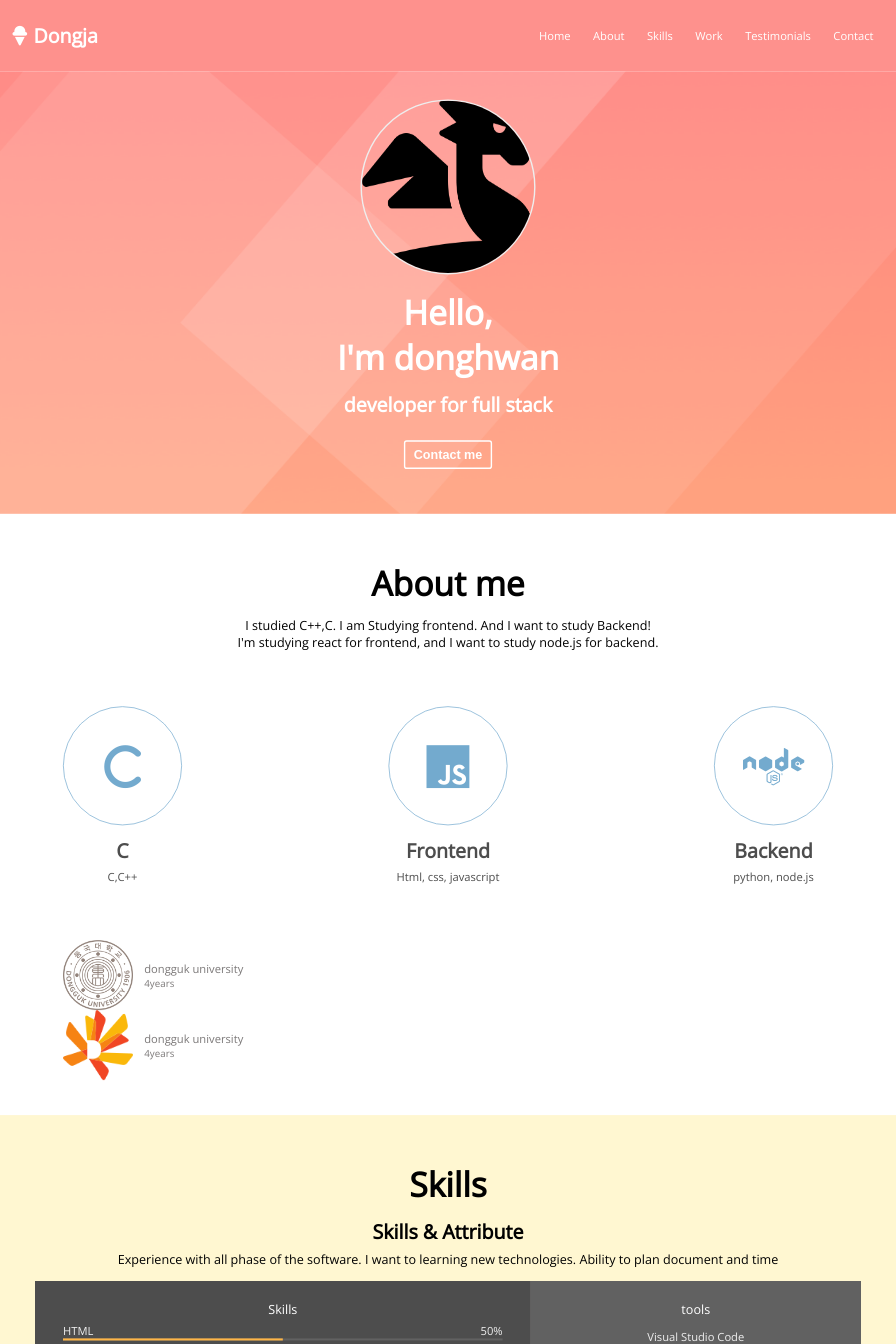
Repository: DongjaJ/portfolio
Page: index.html
These files come from the project's save history. The page is drawn as it stood at one moment and after the next save; the edit follows.
The browser window is 1280 px wide. The pictures show the part of the page from y = 0 to 1920 px (the page is 3806 px tall), at 70% of full size.
Some web libraries are served in a nearby version.

Above is the page before, as saved 2022-06-15 21:44:00.

### index.html
<!DOCTYPE html>
<html lang="en">
<head>
	<meta charset="UTF-8">
	<meta http-equiv="X-UA-Compatible" content="IE=edge">
	<meta name="viewport" content="width=device-width, initial-scale=1.0">
	<title>Dongja's Portfolio</title>
	<meta name ="description" content= "Portfolio for Dongja">
	<meta name ="author" content= "Dongja">
	<link rel="icon" type ="image/png" href="imgs/favicon.png"/>
	<script
		src="https://kit.fontawesome.com/4d499a68c2.js"
		crossorigin="anonymous"
	></script>
	<link rel="preconnect" href="https://fonts.googleapis.com">
	<link rel="preconnect" href="https://fonts.gstatic.com" crossorigin>
	<link href="https://fonts.googleapis.com/css2?family=Open+Sans:ital,wght@0,400;1,600;1,700&display=swap" rel="stylesheet">
	<link rel = "stylesheet" href="style.css"/>
	<script src ="main.js" defer></script>
</head>
<body>
	<!-- Navbar -->
	<nav id="navbar">
		<div class="navbar__logo">
			<i class="fa-solid fa-ice-cream"></i>
			<a href="#">Dongja</a>
		</div>
		<div class="navbar__menu">
			<ul class="navbar__menu">
				<li class="navbar__menu__item">Home</li>
				<li class="navbar__menu__item">About</li>
				<li class="navbar__menu__item">Skills</li>
				<li class="navbar__menu__item">Work</li>
				<li class="navbar__menu__item">Testimonials</li>
				<li class="navbar__menu__item">Contact</li>
			</ul>
		</div>

	</nav>
	<!-- Home -->
	<section id="home">
		<img src="imgs/dragon-solid.png"
			alt="dongja's profile photo"
			class="home__avatar"/>
		<h1 class="home__title">Hello, <br/>I'm donghwan</h1>
		<h2 class="home__description">developer for full stack</h2>
		<button class="home__contact">Contact me</button>
	</section>
	<!-- About -->
	<section id="about" class="section section__container">
		<h1>About me</h1>
		<p>I studied C++,C. I am Studying frontend.
			And I want to study Backend!<br/>
			I'm studying react for frontend,
			and I want to study node.js for backend.
		</p>
		<div class="about__major">
			<div class="major">
				<div class="major__icon">
					<i class="fa-solid fa-c"></i>
				</div>
				<h2 class="major__title">C</h2>
				<div class="__major__description">C,C++</div>
			</div>
			<div class="major">
				<div class="major__icon">
					<i class="fa-brands fa-js"></i>
				</div>
				<h2 class="major__title">Frontend</h2>
				<div class="__major__description">Html, css, javascript</div>
			</div>
			<div class="major">
				<div class="major__icon">
					<i class="fa-brands fa-node"></i>
				</div>
				<h2 class="major__title">Backend</h2>
				<div class="__major__description">python, node.js</div>
			</div>
		</div>
		<div class="about__school" >
			<div class="school">
				<img src="/imgs/school.png" alt="logo-dongguk university" class="school__logo">
				<div class="school__description">
					<div class="school_name">dongguk university</div>
				<div class="school_period">4years</div>
				</div>
			</div>
		</div>
		<div class="about__school">
			<div class="school">
				<img src="/imgs/flower.png" alt="logo-dongguk university" class="school__logo">
				<div class="school__description">
					<div class="school_name">dongguk university</div>
				<div class="school_period">4years</div>
				</div>
			</div>
		</div>
	</section>
	<!-- Skills -->
	<section id="skills" class="section">
		<div class="section__container">
			<h1>Skills</h1>
			<h2>Skills & Attribute</h2>
			<p>
				Experience with all phase of the software. I want to learning
				new technologies. Ability to plan document and time
			</p>
			<div class="skillset">
				<div class="skillset_left">
					<h3 class="skillset_title">Skills</h3>
					<div class="skill">
						<div class="skill_description">
							<span>HTML</span>
							<span>50%</span>
						</div>
						<div class="skill_bar">
							<div class="skill_value" style="width: 50%;"></div>
						</div>
					</div>
					<div class="skill">
						<div class="skill_description">
							<span>Pythom</span>
							<span>50%</span>
						</div>
						<div class="skill_bar">
							<div class="skill_value" style="width: 50%;"></div>
						</div>
					</div>
					<div class="skill">
						<div class="skill_description">
							<span>CSS</span>
							<span>50%</span>
						</div>
						<div class="skill_bar">
							<div class="skill_value" style="width: 50%;"></div>
						</div>
					</div>
					<div class="skill">
						<div class="skill_description">
							<span>Javascript</span>
							<span>50%</span>
						</div>
						<div class="skill_bar">
							<div class="skill_value" style="width: 50%;"></div>
						</div>
					</div>
				</div>
				<div class="skillset_right">
					<div class="tools">
						<h3 class="skillset_title">tools</h3>
						<ul class="tools__list">
							<li><span>Visual Studio Code</span></li>
							<li><span>Vim</span></li>
							<li><span>Juypter notebook</span></li>
						</ul>
					</div>
					<div class="etc">
						<h3 class="skillset_title">etc</h3>
						<ul class="ec__list">
							<li><span>Git</span></li>
							<li><span>Slack</span></li>
							<li><span>Notion</span></li>
						</ul>
					</div>
				</div>
			</div>
		</div>
	</section>
	<!-- Work -->
	<section id="work" class="section">

		<div class="section__container">
			<h1>My work</h1>
		<h3>Projects</h3>
		<div class="work__categories">
			<button class="category__btn active">All <span class="category__count">4</span></button>
			<button class="category__btn">school <span class="category__count">2</span></button>
			<button class="category__btn">etc <span class="category__count">2</span></button>
		</div>
		<div class="work__projects">
			<a
			href="https://github.com/DongjaJ"
			class="project"
			target="blank"
			>
			<img src="imgs/navbar-200518-191508.webp" alt="" class="project__img">
			<div class="project__description">
				<h3>Sample site</h3>
				<span>Clone coding with portfolio</span>
			</div>
		</a>
		<a
		href="https://github.com/DongjaJ"
		class="project"
		target="blank"
		>
		<img src="imgs/navbar-200518-191508.webp" alt="" class="project__img">
		<div class="project__description">
			<h3>Sample site</h3>
			<span>Clone coding with portfolio</span>
		</div>
		</a>
		<a
	href="https://github.com/DongjaJ"
	class="project"
	target="blank"
	>
	<img src="imgs/navbar-200518-191508.webp" alt="" class="project__img">
	<div class="project__description">
		<h3>Sample site</h3>
		<span>Clone coding with portfolio</span>
	</div>
		</a>
		<a
href="https://github.com/DongjaJ"
class="project"
target="blank"
>
<img src="imgs/navbar-200518-191508.webp" alt="" class="project__img">
<div class="project__description">
	<h3>Sample site</h3>
	<span>Clone coding with portfolio</span>
</div>
		</a>
		</div>
		</div>


	</section>

	<!-- Testimonials -->
	<section id="testimonials" class="section">
	<div class="section__container">
		<h1>Testimonials</h1>
	<h3>See what they say about me</h3>
	<div class="testimonials">
		<div class="testimonial">
			<img
			src="imgs/people1-200515-154332.webp"
			alt="People"
			class="testimonial__avatar"
			>
			<div class="testimonial__speech-bubble">
				<p>Lorem ipsum dolor sit amet consectetur adipisicing elit. Impedit eum aspernatur, dolore animi dolor ipsam laudantium ab labore magnam distinctio doloribus possimus quis ea ipsa? Molestias corrupti quam deleniti perferendis!</p>
				<p class="name"><a href="">Dongja</a>/DGU</p>
			</div>
		</div>
		<div class="testimonial">
			<div class="testimonial__speech-bubble">
				<p>Lorem ipsum dolor sit amet consectetur adipisicing elit. Impedit eum aspernatur, dolore animi dolor ipsam laudantium ab labore magnam distinctio doloribus possimus quis ea ipsa? Molestias corrupti quam deleniti perferendis!</p>
				<p class="name"><a href="">Dongja</a>/DGU</p>
			</div>
			<img
			src="imgs/people1-200515-154332.webp"
			alt="People"
			class="testimonial__avatar"
			>
		</div>
	</div>
	</div>


</section>
	<!-- Contact -->
	<section id="contact" class="section">
		<h1 class="contact__title">Let's talk</h1>
		<h2 class="contact__email">jdh981118@naver.com</h2>
		<div class="contact__links">
			<a href="https://github.com/DongjaJ">
				<i class="fa-brands fa-github"></i>
			</a>
			<p class="contact__rights">
				2022 Dongja - All rights reserved
			</p>
		</div>
	</section>
</body>
</html>

### style.css
/* Global */
:root{
	/* Color */
	--color-white: #ffffff;
	--color-light-white: #eeeeee;
	--color-dark-white: #bdbdbd;
	--color-pink: #fe918d;
	--color-dark-pink: #ff6863;
	--color-dark-grey: #4d4d4d;
	--color-grey: #616161;
	--color-light-grey: #7c7979;
	--color-blue: #73aace;
	--color-yellow: #fff7d1;
	--color-orange: #feb546;
	--color-black: #000000;
	/* Font size */
	--font-large: 48px;
	--font-medium: 28px;
	--font-regular: 18px;
	--font-small: 16px;
	--font-micro: 14px;
	/* Font weight */
	--weight-bold: 700;
	--weight-semi-bold:600;
	--weight-regular:400;

	/* Size */
	--size-border-radius: 4px;

	/* Animation */
	--animation-delay: 300ms;
}

/* Universal tags */
*{
	box-sizing: border-box;
}

body {
	margin: 0;
	font-family: 'Open Sans', sans-serif;
	cursor: default;
}

a{
	text-decoration: none;
	color: var(--color-white);
}

ul{
	padding-left: 0;
}

li{
	list-style: none;
}

button{
	background: transparent;
	cursor: pointer;
	border: none;
	outline: none;
}

/* Typography */
h1 {
	font-size: var(--font-large);
	font-weight: var(--weight-bold);
	color: var(--color-black);
	margin: 16px 0px;
}

h2{
	font-size: var(--font-medium);
	font-weight: var(--weight-semi-bold);
	color: var(--color-black);
	margin: 8px 0px;
}

h3{
	font-size: var(--font-regular);
	font-weight: var(--weight-regular);
	color: var(--color-black);
	margin: 8px 0;
}

p{
	font-size: var(--font-regular);
	font-weight: var(--font-regular);
	color: var(--color-black);
	margin: 4px 0;
}

/* navbar */
#navbar{
	display: flex;
	justify-content: space-between;
	background-color: var(--color-pink);
	align-items: center;
	color: var(--color-white);
	padding: 16px;
}

.navbar__logo{
	font-size: var(--font-medium);
	font-weight: var(--weight-semi-bold);
}

.navbar__menu{
	display: flex;
}

.navbar__menu__item{
	padding: 8px 12px;
	margin: 0 4px ;
	cursor: pointer;
	border-radius: var(--size-border-radius);
}
.navbar__menu__item.active{
	border: 1px solid var(--color-white);
}

.navbar__menu__item:hover{
	background-color: var(--color-dark-pink);
}

/* Home */
#home{
	background: url("imgs/homebackground-200515-154505.webp") center/cover no-repeat;
	padding: 40px;
	text-align: center;
}

.home__avatar{
	width: 250px;
	height: 250px;
	border-radius: 50%;
	border: 2px solid var(--color-light-white);
}

.home__title,
.home__description{
	color: var(--color-white);
}

.home__contact{
	color: var(--color-white);
	font-size: var(--font-regular);
	font-weight: var(--weight-bold);
	margin: 24px;
	padding: 8px 12px;
	border: 2px solid var(--color-white);
	border-radius: var(--size-border-radius);
}

/* section common */
.section{
	padding: 50px;
	text-align: center;
	margin: auto;
}

.section__container{
	max-width: 1200px;
}

/* about */
.about__major{
	display: flex;
	justify-content: space-between;
	margin: 80px 0;
}

.major__icon{
	width: 170px;
	height: 170px;
	font-size: 70px;
	line-height: 170px;
	margin: auto;
	border: 1px solid var(--color-blue);
	border-radius: 50%;
	margin-bottom: 16px;
	color: var(--color-blue);
}

.major__icon i:hover{
	color: var(--color-pink);
	transform: rotate(-30deg) scale(1.1);
}

.major__icon i{
	transition: all var(--animation-delay) ease;
}

.major__title, .__major__description{
	color: var(--color-dark-grey);
}

.__major__description{
	font-size: var(--font-small);
}

.school{
	display: flex;
	align-items: center;
}

.school__description{
	margin: 0 16px;
	text-align: left;
}

.school_name, .school_period{
	color: var(--color-light-grey);
}

.school_name{
font-size: var(--font-small);
}

.school_period{
font-size: var(--font-micro);
}

.school__logo{
	width: 100px;
	height: 100px;
}

#skills{
	background-color: var(--color-yellow);
}

.skillset{
	display: flex;
	background-color: var(--color-light-grey);
	color: var(--color-light-white);
	margin: 20px 0;
}

.skillset_title{
	color: var(--color-white);
}

.skillset_left{
	flex-basis: 60%;
	background-color: var(--color-dark-grey);
	padding: 20px 40px;
}

.skill{
	margin-bottom: 32px;
}

.skill_value{
	height: 3px;
	background-color: var(--color-orange);
}

.skill_description{
	display: flex;
	justify-content: space-between;
}

.skill_bar{
	width: 100%;
	height: 3px;
	background-color: var(--color-grey);
}

.skillset_right{
	flex-basis: 40%;
}

.tools{
	background-color: var(--color-grey);
}

.tools, .etc{
	padding: 20px;
}

.category__btn{
	border: solid 1px var(--color-dark-white);
	border-radius: var(--size-border-radius);
	font-size: var(--font-regular);
	padding: 8px 18px;
}

.category__btn.active,
.category__btn:hover{
	background-color: var(--color-pink);
	color: var(--color-white);
}

.category__btn.active .category__count,
.category__btn:hover .category__count{
	opacity: 1;
	top: 0;
}

.category__count{
	background-color: var(--color-orange);
	border-radius: 50%;
	color: var(--color-white);
	width: 24px;
	height: 24px;
	line-height: 24px;
	display: inline-block;
	position: relative;
	top: -20px;
	left: 4px;
	opacity: 0;
	transition: all var(--animation-delay) ease-in;
}

.work__projects{
	display: flex;
	flex-wrap: wrap;
	justify-content: space-between;
}

.project{
	position: relative;
	width: 280px;
	height: 250px;
	margin: 2px;
	background-color: var(--color-light-white);
	display: flex;
	justify-content: center;
	align-items: center;
}

.project__img{
	max-width: 100%;
	max-height: 100%;
}

.project__description{
	position: absolute;
	top: 0;
	left: 0;
	display: flex;
	background-color: var(--color-black);
	flex-direction: column;
	justify-content: center;
	width: 100%;
	height: 100%;
	opacity: 0;
	transform: translateY(10px);
	transition: all var(--animation-delay) ease-in;
}

.project:hover .project__description{
	transform: translateY(0px);
	opacity: 0.8;
}

.project__description h3{
	color: var(--color-white);
}

.project__description h3:after{
	content: '';
	display: block;
	position: relative;
	left: 50%;
	width: 25px;
	height: 2px;
	margin-left: -12px;
	margin-top: 8px;
	background-color: var(--color-dark-white);
}

/* Testimonial */
#testimonials{
	background-color: var(--color-light-white);
}

.testimonials{
	margin: 40px;
}

.testimonial{
	display: flex;
	margin: 32px 0;
}

.testimonial__avatar{
	width: 150px;
	border-radius: 50%;
}

.testimonial__avatar:nth-child(odd){
	margin-right: 42px;
}
.testimonial__avatar:nth-child(even){
	margin-left: 42px;
}

.testimonial__speech-bubble{
	padding: 10px;
	background-color: var(--color-white);
	border-radius: var(--size-border-radius);
}

.testimonial__speech-bubble p{
	color: var(--color-light-grey);
}

.testimonial__speech-bubble a{
	color: var(--color-pink);
}

/* Contact */
#contact{
	background-color: var(--color-pink);
}

.contact__title,
.contact__email,
.contact__links,
.contact__rights
{
	color: var(--color-white);
}

.contact__title{
	margin: 32px 0;
}

.contact__links{
	font-size: var(--font-large);
	margin: 24px 0;
	transition: all var(--animation-delay) ease-in ;
}

.contact__links i:hover{
	transform: scale(1.1);
	color: var(--color-yellow);
}

/* For below 768px screen with */
@media screen and (max-width : 768px) {

}

Loaded but not shown: main.js (no stored copy; drawn as an empty file)

After the next save:
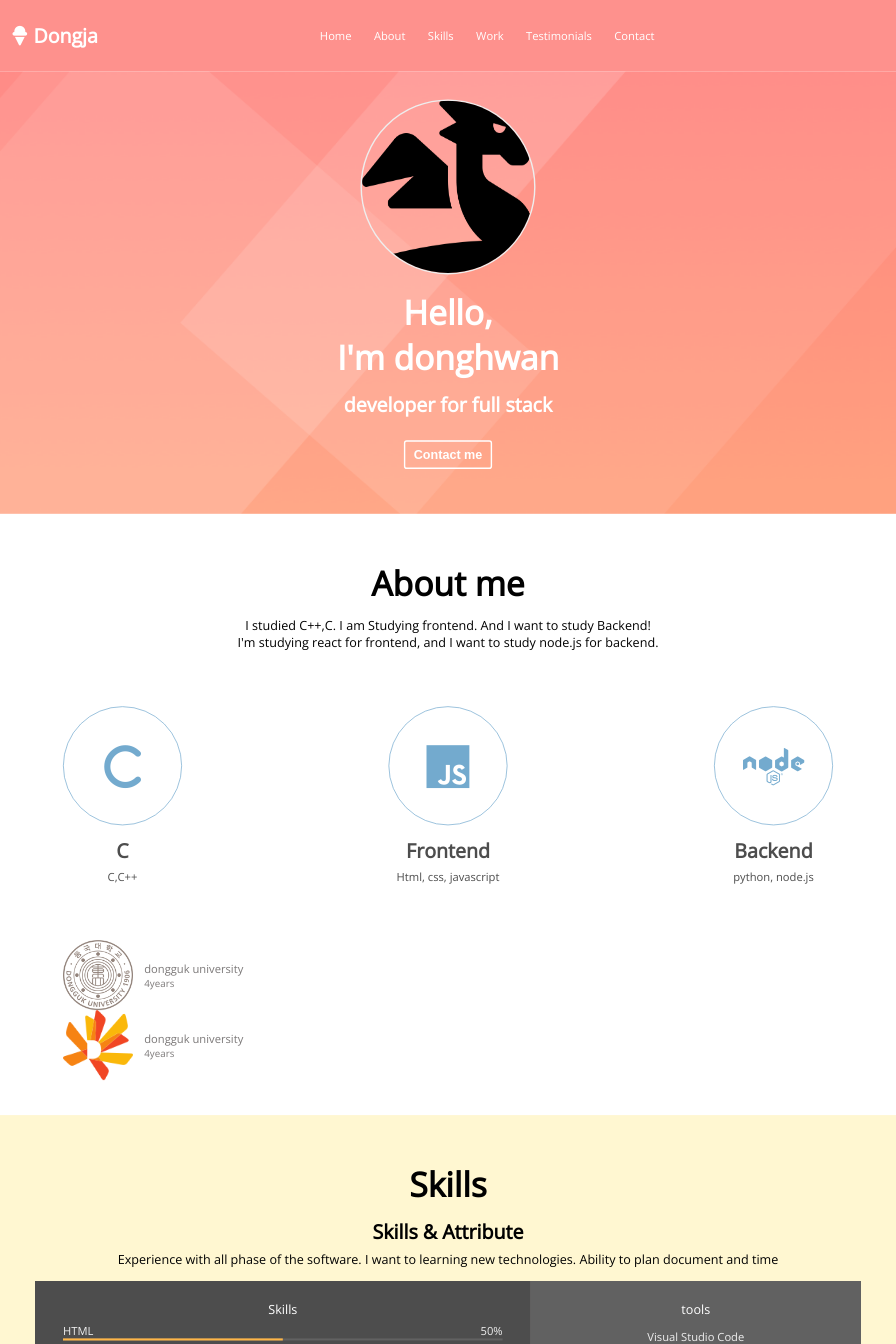
Saved 2 min 2 s later.
--- a/index.html
+++ b/index.html
@@ -36,6 +36,11 @@
 			</ul>
 		</div>
 
+		<!-- Toggle button -->
+		<button class="navbar__togle-btn">
+
+		</button>
+
 	</nav>
 	<!-- Home -->
 	<section id="home">
